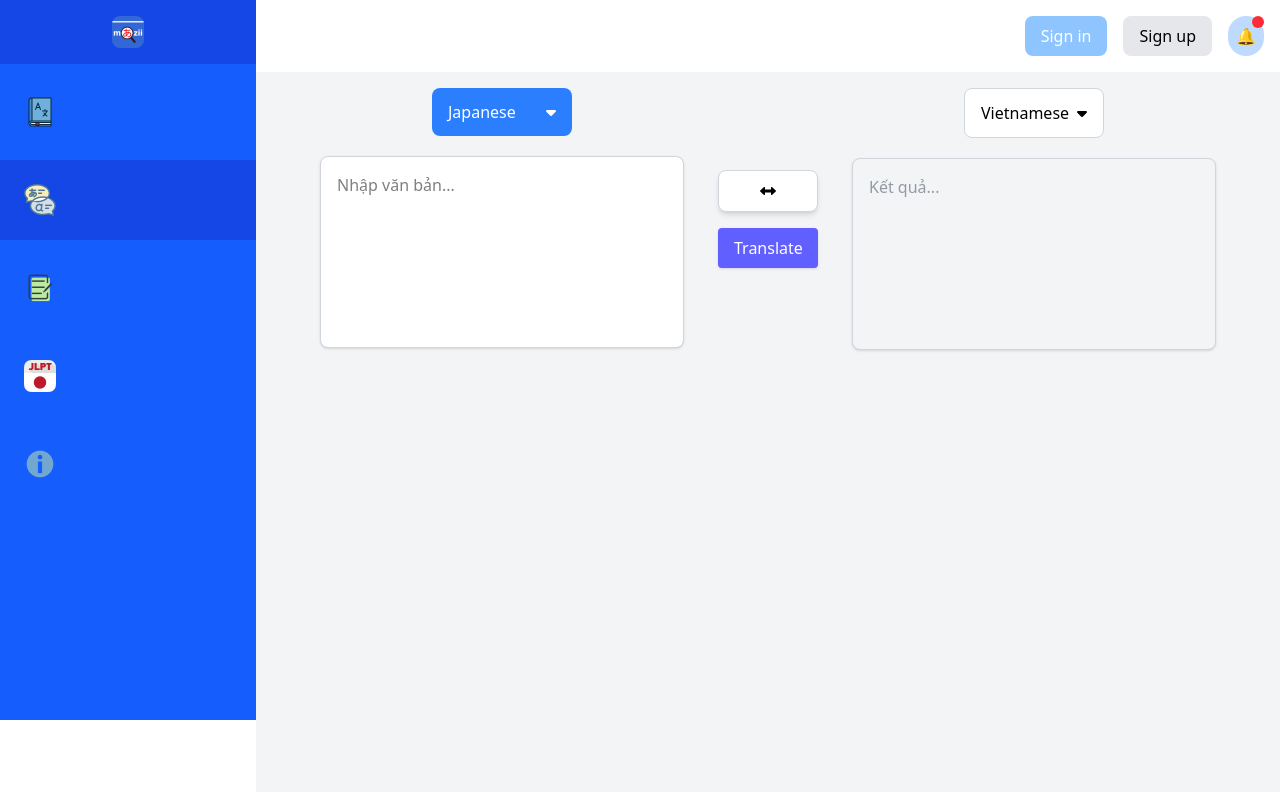
Repository: reminzuetto/JapaneseTranslationApp
Page: /translate
An editor plug-in stored every save of this project. The page is shown before and after the next save, followed by the edit.
The browser window is 1280 px wide. The pictures show the whole page.
The page's requests for data from a server got no answer. The project was rebuilt for these pictures with package versions that can differ from the ones it lists, and the page was loaded fresh each time. No one was signed in, and anything a server would have sent is missing. Also part of the build but not shown: vite.config.js, src/components/Header/NotificationItem.jsx, src/components/SeachBar/DropDownButton.jsx, src/components/SeachBar/SearchInput.jsx, src/components/SeachBar/SearchBar.jsx, src/pages/Home.jsx, src/Firebase.jsx, src/pages/SignInForm.jsx and 5 more.

Above is the page before, as saved 2025-03-18 00:13:18.

After the next save:
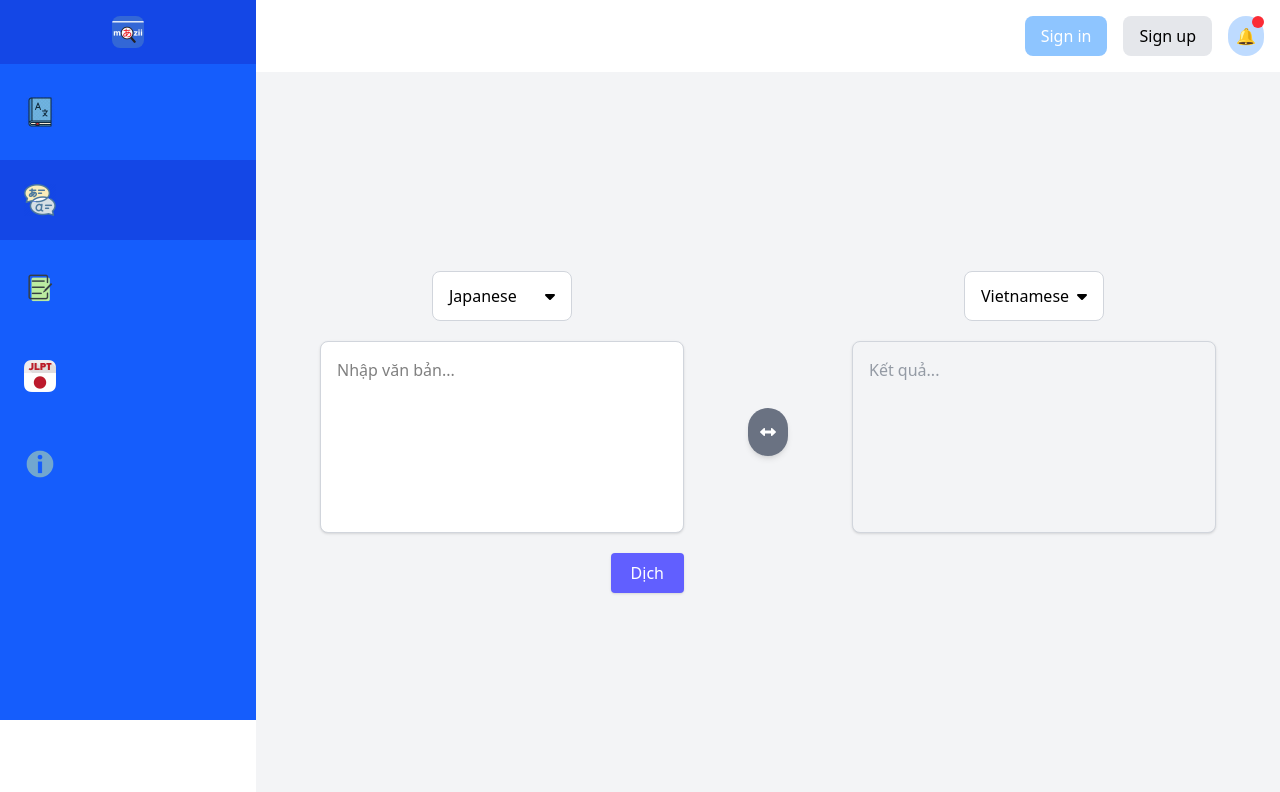
Saved 3 min 1 s later.
--- a/src/pages/TranslatePage.jsx
+++ b/src/pages/TranslatePage.jsx
@@ -37,12 +37,11 @@ const TranslatePage = () => {
   };
 
   return (
-    <div className="flex flex-col items-center min-h-screen bg-gray-100 p-4">
+    <div className="flex justify-center items-center min-h-screen bg-gray-100 p-4">
       <div className="grid grid-cols-12 gap-4 max-w-4xl w-full">
-        {/* Ô nhập ngôn ngữ gốc */}
+        {/* Phần bên trái - Nhập văn bản */}
         <div className="col-span-5 flex flex-col items-center gap-5">
           <LanguageSelector
-            type="from"
             value={state.sourceLang}
             onChange={(lang) =>
               setState((prev) => ({ ...prev, sourceLang: lang }))
@@ -53,29 +52,31 @@ const TranslatePage = () => {
             value={state.text}
             onChange={(text) => setState((prev) => ({ ...prev, text }))}
           />
+
+          {/* Nút Dịch - Đưa xuống dưới cùng, căn phải */}
+          <div className="w-full flex justify-end">
+            <button
+              onClick={handleTranslate}
+              className="px-5 py-2 bg-indigo-500 text-white rounded shadow hover:bg-indigo-600 transition"
+            >
+              Dịch
+            </button>
+          </div>
         </div>
 
-        {/* Khu vực nút chuyển đổi */}
-        <div className="col-span-2 flex flex-col  justify-center items-center space-y-4">
+        {/* Khu vực nút chuyển đổi ngôn ngữ */}
+        <div className="col-span-2 flex justify-center items-center">
           <button
             onClick={swapLanguages}
-            className="p-2 bg-white w-[100px] text-black rounded-lg shadow-md border border-gray-300 hover:bg-gray-200 transition"
+            className="p-3 bg-gray-500 text-white rounded-full shadow-md hover:bg-gray-600 transition"
           >
             <FontAwesomeIcon icon={faArrowsAltH} />
           </button>
-
-          <button
-            onClick={handleTranslate}
-            className="px-4 py-2 flex item-center w-[100px] bg-indigo-500 text-white rounded shadow hover:bg-indigo-600"
-          >
-            Translate
-          </button>
         </div>
 
-        {/* Ô hiển thị kết quả dịch */}
+        {/* Phần bên phải - Hiển thị kết quả */}
         <div className="col-span-5 flex flex-col items-center gap-5">
           <LanguageSelector
-            type="to"
             value={state.targetLang}
             onChange={(lang) =>
               setState((prev) => ({ ...prev, targetLang: lang }))
